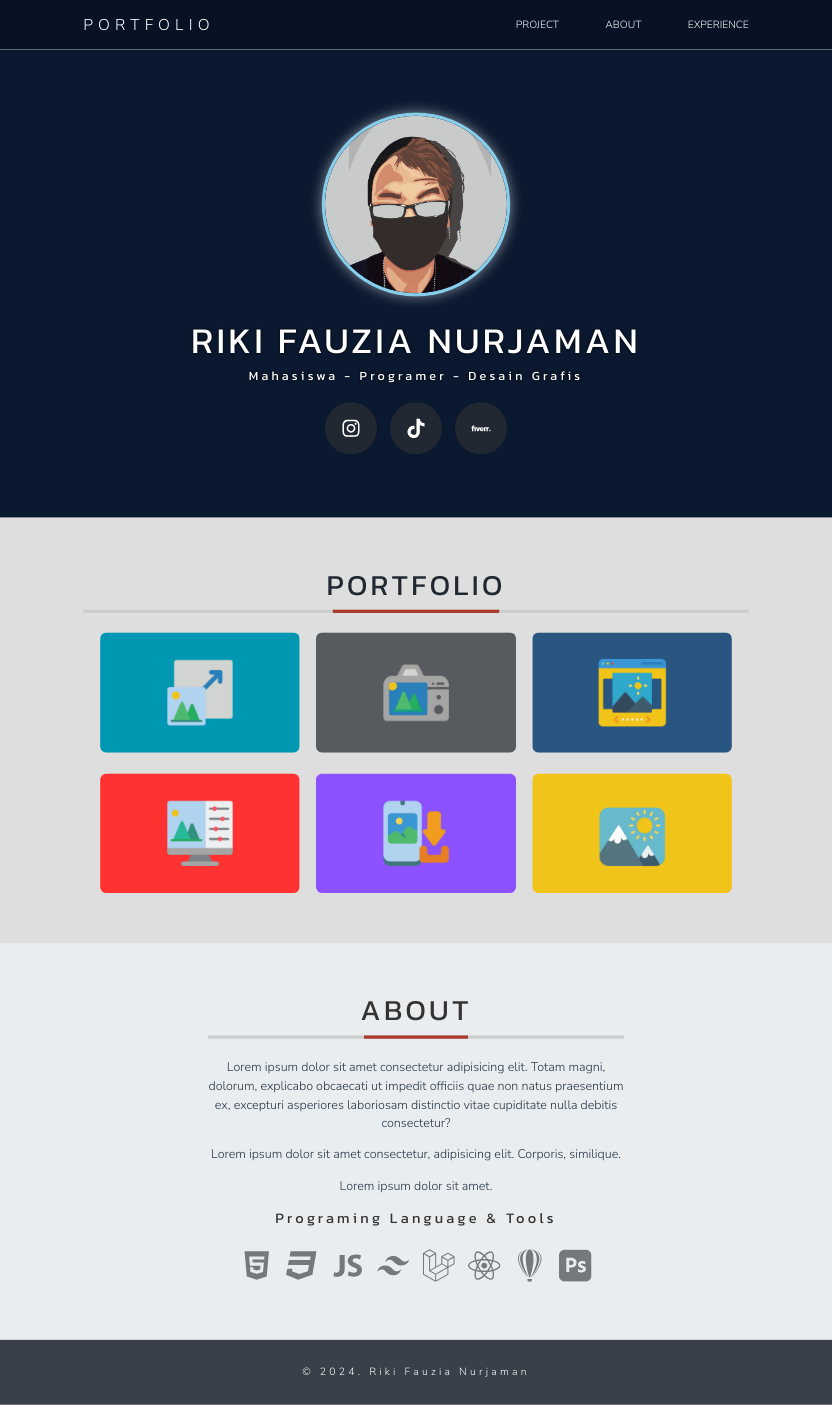
Repository: sellayspy/Portofolio
Page: /
The author's editor kept a copy of each file at every save. The page is drawn from the files as they stood at one save, then again after the next save.
The browser window is 1280 px wide. The pictures show the whole page, at 65% of full size.
The project was rebuilt for these pictures with package versions that can differ from the ones it lists, and the page was loaded fresh each time. Also part of the build but not shown: vite.config.js, src/styles/DetailPortfolio.css, src/components/ScrollToTop.jsx, src/pages/DetailPortfolio.jsx, src/pages/PagesNotFound.jsx, src/pages/Experience.jsx.

Above is the page before, as saved 2024-09-14 00:12:31.

### index.html
<!DOCTYPE html>
<html lang="en">
  <head>
    <meta charset="UTF-8" />
    <link rel="icon" type="image/svg+xml" href="/vite.svg" />
    <meta name="viewport" content="width=device-width, initial-scale=1.0" />
    <title>Portofolio RikiFN</title>
  </head>
  <body>
    <div id="root"></div>
    <script type="module" src="/src/main.jsx"></script>
  </body>
</html>

### src/App.jsx
import "./App.css";
import Home from "./pages/Home";
import DetailPortfolio from "./pages/DetailPortfolio";

import { BrowserRouter, Routes, Route } from "react-router-dom";
import PagesNotFound from "./pages/PagesNotFound";
import Experience from "./pages/Experience";

const App = () => {
  return (
    <BrowserRouter>
      <Routes>
        <Route path="/" element={<Home />} />
        <Route path="/portfolio/:id" element={<DetailPortfolio />} />
        <Route path="/experince" element={<Experience />} />
        <Route path="/pages-not-found" element={<PagesNotFound />} />
        <Route path="*" element={<PagesNotFound />} />
      </Routes>
    </BrowserRouter>
  );
};

export default App;

### src/App.css
/* Global */
@import url("https://fonts.googleapis.com/css2?family=Nunito+Sans:opsz,wght@6..12,300&display=swap");
@import url("https://fonts.googleapis.com/css2?family=Kanit&display=swap");

html,
body {
  margin: 0px;
  padding: 0px;
  font-size: 16px;
  font-family: "Nunito Sans", sans-serif;
  scroll-behavior: smooth;
  background-color: #dedede;
}
.wrapper {
  width: 1024px;
  margin: auto;
  padding: 20px 0px 20px 0px;
}

section {
  padding: 50px 0px 50px 0px;
}

.wrapper > h3,
.wrapper > h1 {
  text-align: center;
  font-size: 2.8rem;
  margin: 0px 0px 30px 0px;
  padding: 0px;
  font-family: "Kanit", sans-serif;
  color: #222831;
  letter-spacing: 5px;
  text-transform: uppercase;
  border-bottom: 5px solid #cccccc;
}
.wrapper > h3::after,
.wrapper > h1::after {
  content: "";
  display: block;
  border-bottom: 5px solid #aa392d;
  width: 25%;
  position: relative;
  bottom: -5px; /* your padding + border-width */
  margin: auto;
}

@media only screen and (max-width: 1000px) {
  .wrapper {
    width: 80%;
  }
}

### src/pages/Home.jsx
import About from "../components/About";
import Footer from "../components/Footer";
import Header from "../components/Header";
import Navbar from "../components/Navbar";
import Portfolio from "../components/Portfolio";

function Home() {
  return (
    <>
      <Navbar />
      <Header />
      <Portfolio />
      <About />
      <Footer />
    </>
  );
}

export default Home;

### src/components/About.jsx
import { FaHtml5 } from "react-icons/fa";
import { IoLogoJavascript } from "react-icons/io";
import { FaCss3 } from "react-icons/fa";
import { FaLaravel } from "react-icons/fa";
import { FaReact } from "react-icons/fa";
import { RiTailwindCssFill } from "react-icons/ri";
import { SiCoreldraw } from "react-icons/si";
import { SiAdobephotoshop } from "react-icons/si";
import "../styles/About.css";

const About = () => {
  return (
    <section id="about">
      <div className="wrapper">
        <h3>About</h3>
        <p>
          Lorem ipsum dolor sit amet consectetur adipisicing elit. Totam magni,
          dolorum, explicabo obcaecati ut impedit officiis quae non natus
          praesentium ex, excepturi asperiores laboriosam distinctio vitae
          cupiditate nulla debitis consectetur?
        </p>
        <p>
          Lorem ipsum dolor sit amet consectetur, adipisicing elit. Corporis,
          similique.
        </p>
        <p>Lorem ipsum dolor sit amet.</p>
        <h4>Programing Language & Tools</h4>
        <div className="skills">
          <FaHtml5 />
          <FaCss3 />
          <IoLogoJavascript />
          <RiTailwindCssFill />
          <FaLaravel />
          <FaReact />
          <SiCoreldraw />
          <SiAdobephotoshop />
        </div>
      </div>
    </section>
  );
};

export default About;

### src/components/Footer.jsx
import "../styles/Footer.css";

const Footer = () => {
  return <footer>&copy; 2024. Riki Fauzia Nurjaman</footer>;
};

export default Footer;

### src/components/Header.jsx
import profilePicture from "../assets/test.png";
import { FaInstagram } from "react-icons/fa";
import { FaTiktok } from "react-icons/fa";
import { SiFiverr } from "react-icons/si";
import "../styles/Header.css";
const Header = () => {
  return (
    <header>
      <div className="header-jumbotron">
        <img src={profilePicture} />
        <h3>Riki Fauzia Nurjaman</h3>
        <p>Mahasiswa - Programer - Desain Grafis</p>
        <div className="socialMedia">
          <a href="">
            <FaInstagram />
          </a>
          <a href="">
            <FaTiktok />
          </a>
          <a href="">
            <SiFiverr />
          </a>
        </div>
      </div>
    </header>
  );
};

export default Header;

### src/components/Navbar.jsx
import { FaBars } from "react-icons/fa6";
import { IoClose } from "react-icons/io5";
import "../styles/Navbar.css";
import { useState } from "react";
import { HashLink } from "react-router-hash-link";
import { Link } from "react-router-dom";

const Navbar = () => {
  const [statusTampil, setStatusTampil] = useState("");

  const tampilMenu = () => {
    if (statusTampil == "") {
      setStatusTampil("tampil");
    } else {
      setStatusTampil("");
    }
  };
  return (
    <nav>
      <div className="wrapper">
        <div className="logo">
          <Link to="/">Portfolio</Link>
        </div>
        <button onClick={tampilMenu}>
          {statusTampil == "" ? <FaBars /> : <IoClose />}
        </button>
        <div className={`menu ${statusTampil}`} onClick={tampilMenu}>
          <ul>
            <li>
              <HashLink to="/#portfolio">Project</HashLink>
            </li>
            <li>
              <HashLink to="/#about">About</HashLink>
            </li>
            <li>
              <Link to="/experince">Experience</Link>
            </li>
          </ul>
        </div>
      </div>
    </nav>
  );
};

export default Navbar;

### src/components/Portfolio.jsx
import { portfolioList } from "../data/DataPortfolio";

import { Link } from "react-router-dom";

import "../styles/Portfolio.css";

const Portfolio = () => {
  return (
    <section id="portfolio">
      <div className="wrapper">
        <h3>Portfolio</h3>
        <div className="grid">
          {portfolioList.map((item) => {
            return (
              <div className="item" key={item.id}>
                <Link to={`/portfolio/${item.id}`}>
                  <img src={item.image} />
                </Link>
              </div>
            );
          })}
        </div>
      </div>
    </section>
  );
};

export default Portfolio;

### src/data/DataPortfolio.jsx
import portfolio1 from "../assets/portfolio1.png";
import portfolio2 from "../assets/portfolio2.png";
import portfolio3 from "../assets/portfolio3.png";
import portfolio4 from "../assets/portfolio4.png";
import portfolio5 from "../assets/portfolio5.png";
import portfolio6 from "../assets/portfolio6.png";

export const portfolioList = [
  {
    id: "1",
    title: "Website Portofolio",
    image: portfolio1,
    skill: "html, css, javascript",
  },
  {
    id: "2",
    title: "Website Portofolio2",
    image: portfolio2,
    skill: "laravel, react, api, typescript, tailwind",
  },
  {
    id: "3",
    title: "Website Portofolio3",
    image: portfolio3,
    skill: "react, javascript, css, html",
  },
  {
    id: "4",
    title: "Website Portofolio4",
    image: portfolio4,
    skill: "reactjs, typescript, tailwind, nodejs",
  },
  {
    id: "5",
    title: "Desain Grafis Portofolio",
    image: portfolio5,
    skill: "adobephotoshop, coreldraw",
  },
  {
    id: "6",
    title: "Desain Grafis Portofolio2",
    image: portfolio6,
    skill: "adobephotoshop, coreldraw",
  },
];

### src/styles/About.css
#about {
  background-color: #eaedef;
  position: relative;
  font-size: 1.2rem;
}
#about > .wrapper {
  margin: auto;
  width: 50%;
}
#about > .wrapper > h3 {
  text-align: center;
  font-size: 2.8rem;
  margin: 0px 0px 30px 0px;
  padding: 0px;
  font-family: "Kanit", sans-serif;
  color: #333;
  letter-spacing: 5px;
  text-transform: uppercase;
}
#about > .wrapper > p {
  text-align: center;
}

#about > .wrapper > h4 {
  text-align: center;
  font-size: 1.4rem;
  margin: 0px 0px 20px 0px;
  padding: 0px;
  font-family: "Kanit", sans-serif;
  letter-spacing: 5px;
  color: #333;
}
.skills {
  text-align: center;
}
.skills > svg {
  display: inline-block;
  color: #74797e;
  width: 50px;
  height: auto;
  margin: 10px;
  cursor: pointer;
}

.skills > svg:hover {
  color: #aa392d;
}

@media only screen and (max-width: 1000px) {
  #about > .wrapper {
    width: 80%;
  }
}

### src/styles/Footer.css
footer {
  background-color: #39404a;
  text-align: center;
  line-height: 100px;
  color: #fff;
  letter-spacing: 5px;
}

### src/styles/Header.css
header {
  background-color: #0a192f;
  height: 100vh;
  background-position: center center;
  position: relative;
  font-family: "Kanit", sans-serif;
  letter-spacing: 5px;
  text-shadow: 0 0 4px #000;
}

.header-jumbotron {
  position: absolute;
  top: 0;
  left: 0;
  display: flex;
  width: 100%;
  height: 100%;
  justify-content: center;
  align-items: center;
  flex-direction: column;
  text-align: center;
}
.header-jumbotron > img {
  width: 280px;
  border: 5px solid skyblue;
  border-radius: 100%;
  box-shadow: 0px 0px 20px rgba(255, 255, 255, 0.5);
}
.header-jumbotron > h3 {
  color: #fff;
  margin: 30px 0px 0px 0px;
  padding: 5px;
  font-size: 3.5rem;
  line-height: 4rem;
  text-transform: uppercase;
}

.header-jumbotron > p {
  padding: 5px;
  margin: 0px 5px 20px 5px;
  color: #fff;
  font-size: 1.2rem;
}
.socialMedia {
  color: #fff;
  display: flex;
  gap: 20px;
}

.socialMedia > a {
  background-color: #222831;
  color: #fff;
  width: 80px;
  height: 80px;
  border-radius: 50%;
  display: flex;
  justify-content: center;
  align-items: center;
}
.socialMedia > a > svg {
  height: 30px;
  width: auto;
}
.socialMedia > a:hover {
  background-color: #aa392d;
  box-shadow: 0px 0px 20px rgba(255, 255, 255, 0.5);
}

@media only screen and (max-width: 1000px) {
  .socialMedia > a {
    width: 60px;
    height: 60px;
  }

  .socialMedia > a > svg {
    height: 30px;
    width: auto;
  }
}

### src/styles/Navbar.css
nav {
  background-color: #081225;
  color: #fff;
  position: sticky;
  top: 0;
  z-index: 100;
  text-transform: uppercase;
}
nav > .wrapper {
  display: flex;
  justify-content: space-between;
  align-items: center;
}

.menu {
  width: 35%;
}

.logo {
  display: flex;
  align-items: center;
}
.logo > a {
  color: #fff;
  text-decoration: none;
  font-size: 1.5rem;
  font-weight: 900;
  letter-spacing: 8px;
}
.menu > ul {
  display: flex;
  list-style-type: none;
  margin: 0px;
  padding: 0px;
  justify-content: space-between;
  font-weight: bold;
}

.menu > ul > li:hover {
  border-bottom: 3px solid yellow;
}

.menu > ul > li > a {
  text-decoration: none;
  color: #fff;
}
nav > .wrapper > button {
  cursor: pointer;
  display: none;
  position: absolute;
  right: 10px;
  top: 10px;
  border: 0px;
  background-color: transparent;
  padding: 0px;
}
nav > .wrapper > button > svg {
  color: #fff;
  font-size: 50px;
}
@media only screen and (max-width: 1000px) {
  .menu > ul {
    display: none;
  }
  .menu.tampil > ul {
    display: inline;
  }
  .menu {
    text-align: right;
  }
  nav > .wrapper > button {
    display: inline;
  }
  .menu > ul {
    flex-direction: column;
    background-color: #060d1c;
    width: 100%;
    position: fixed;
    top: 70px;
    left: 0;
  }
  .menu > ul > li {
    text-align: left;
    cursor: pointer;
  }
  .menu > ul > li > a {
    display: inline-block;
    padding: 15px 20px 15px 50px;
    width: 100%;
  }
  .menu > ul > li > a:hover {
    background-color: #000;
  }
}

### src/styles/Portfolio.css
.grid {
  display: grid;
  grid-template-columns: 30% 30% 30%;
  grid-gap: 25px;
  justify-content: center;
}

.grid > .item > a > img {
  width: 100%;
  border-radius: 10px;
}

@media only screen and (max-width: 1000px) {
  .grid {
    grid-template-columns: 45% 45%;
  }
}

Loaded but not shown: src/main.jsx (common file); src/index.css (common file)

After the next save:
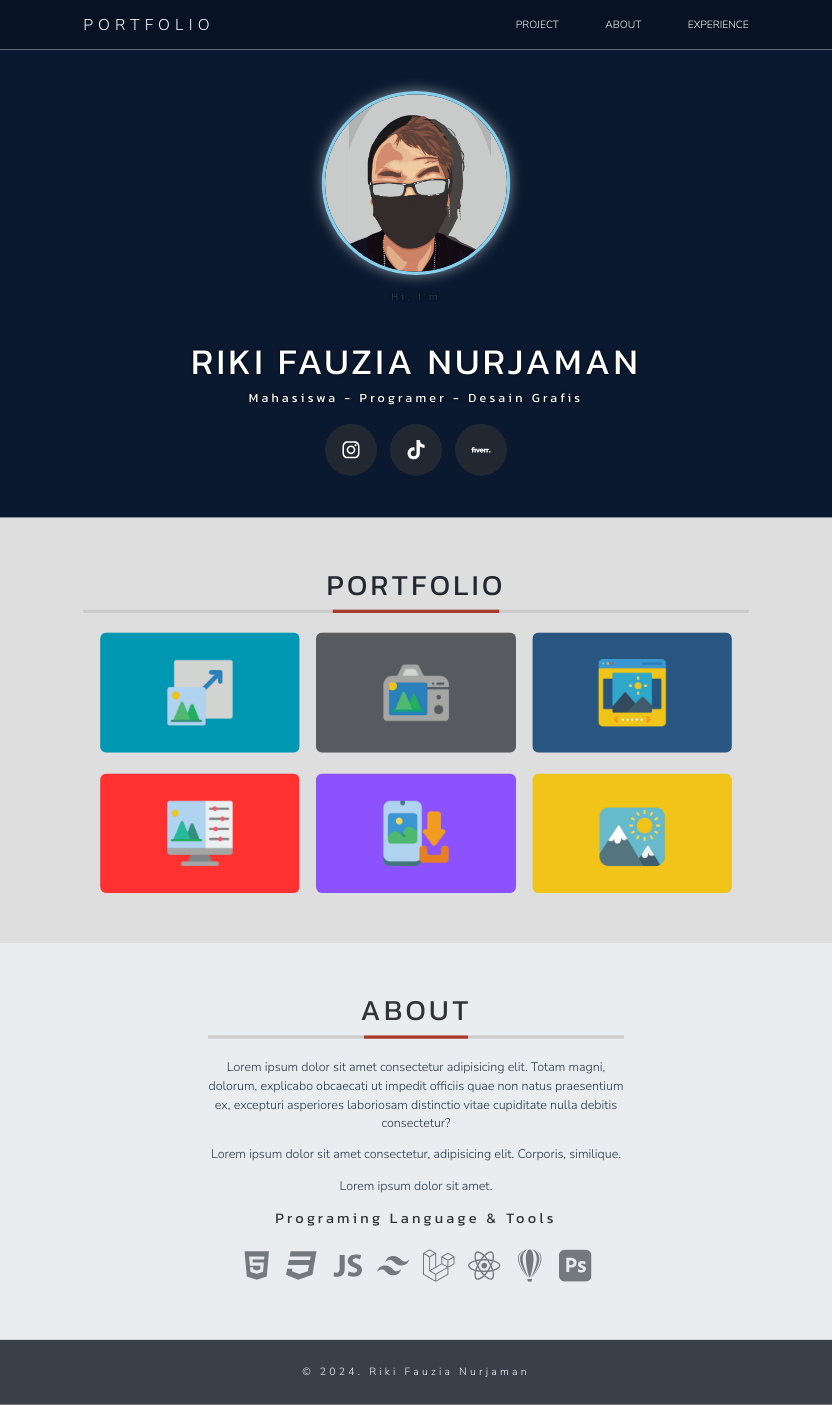
Saved 8 h 7 min later.
--- a/src/components/Header.jsx
+++ b/src/components/Header.jsx
@@ -8,6 +8,7 @@ const Header = () => {
     <header>
       <div className="header-jumbotron">
         <img src={profilePicture} />
+        <h4>Hi, I'm</h4>
         <h3>Riki Fauzia Nurjaman</h3>
         <p>Mahasiswa - Programer - Desain Grafis</p>
         <div className="socialMedia">
